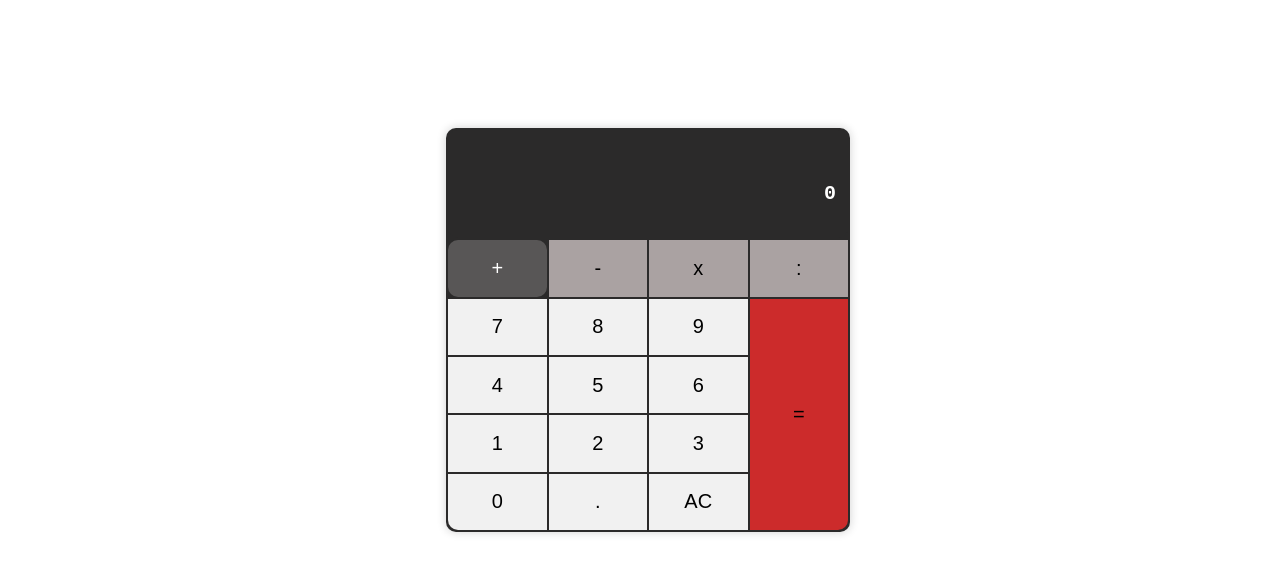
Repository: CryptoFamilyNFT/develhope
Page: css/Grid 2/calculator.html
The author's editor kept a copy of each file at every save. The page is drawn from the files as they stood at one save, then again after the next save.
The browser window is 1280 px wide. The page is 1288 px wide, so the pictures cover 1288 px, including what lies to the right of the window. The pictures show the whole page.
The pointer rests on the first visible `button:not([id="equal"])`.

Above is the page before, as saved 2024-11-18 09:51:31.

After the next save:
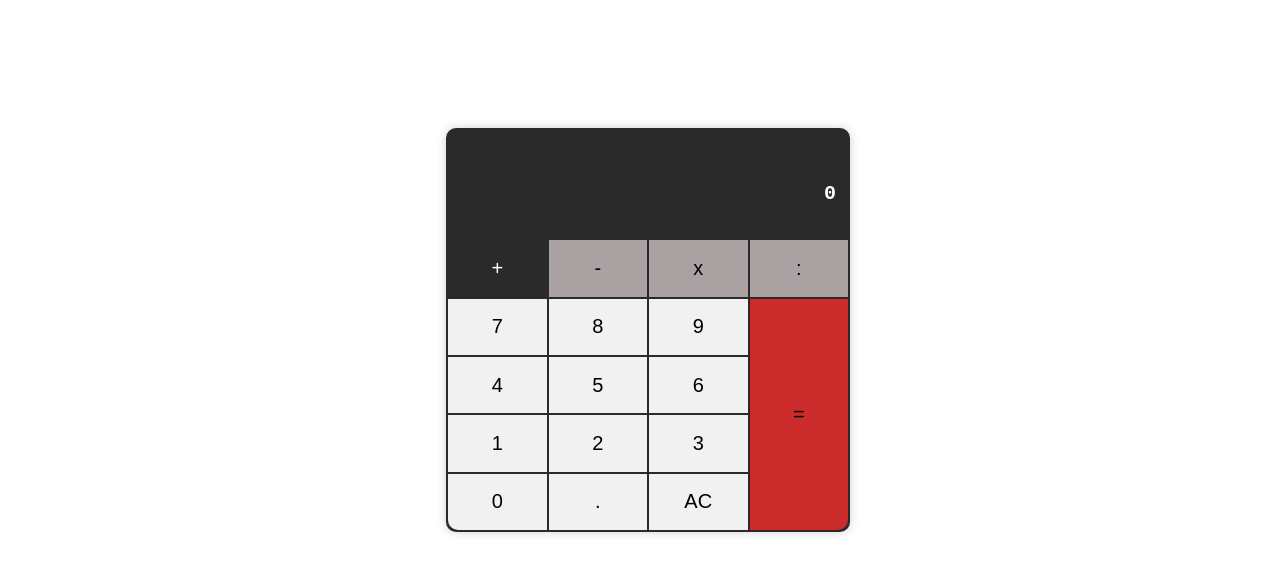
Saved 5 s later.
--- a/css/Grid 2/calculator.css
+++ b/css/Grid 2/calculator.css
@@ -96,7 +96,7 @@ button[id="equal"] {
 button:not([id="equal"]):hover {
     background-color: #d5d1d1;
     animation: text-scale 0.5s;
-    border-radius: 10px;
+    border-radius: 5px;
 }
 
 button[id="equal"]:hover {
@@ -104,7 +104,7 @@ button[id="equal"]:hover {
 }
 
 button[id="operator"]:hover {
-    background-color: #585656;
+    background-color: #2b2a2a;
     color: white;
 }
 
